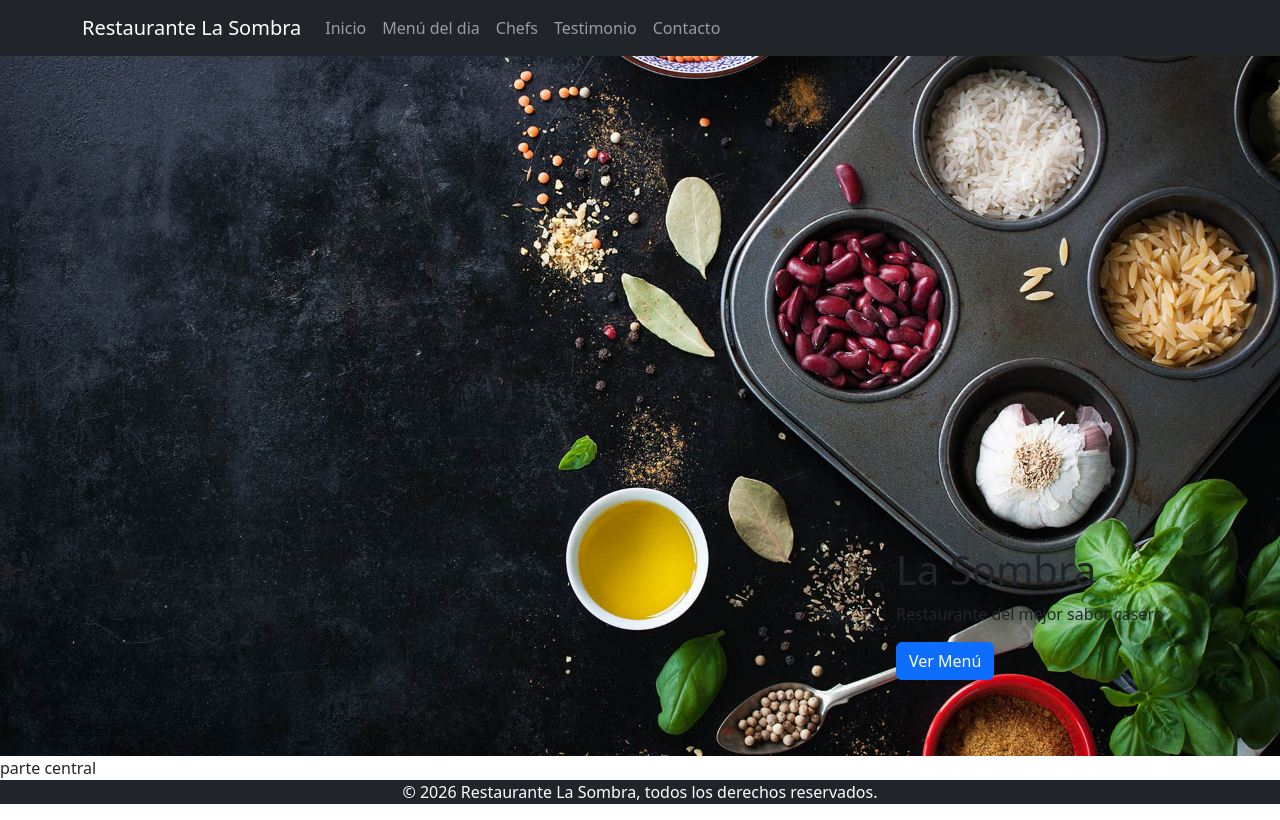
Repository: salextros/Restaurant-Project-PHP-MySQL
Page: http://localhost/
An editor plug-in stored every save of this project. The page is shown before and after the next save, followed by the edit.
The browser window is 1280 px wide. The pictures show the whole page.
The page is run by PHP 8.4 with error messages shown; the project is at /var/www/html/.

Above is the page before, as saved 2026-01-08 12:47:42.

After the next save:
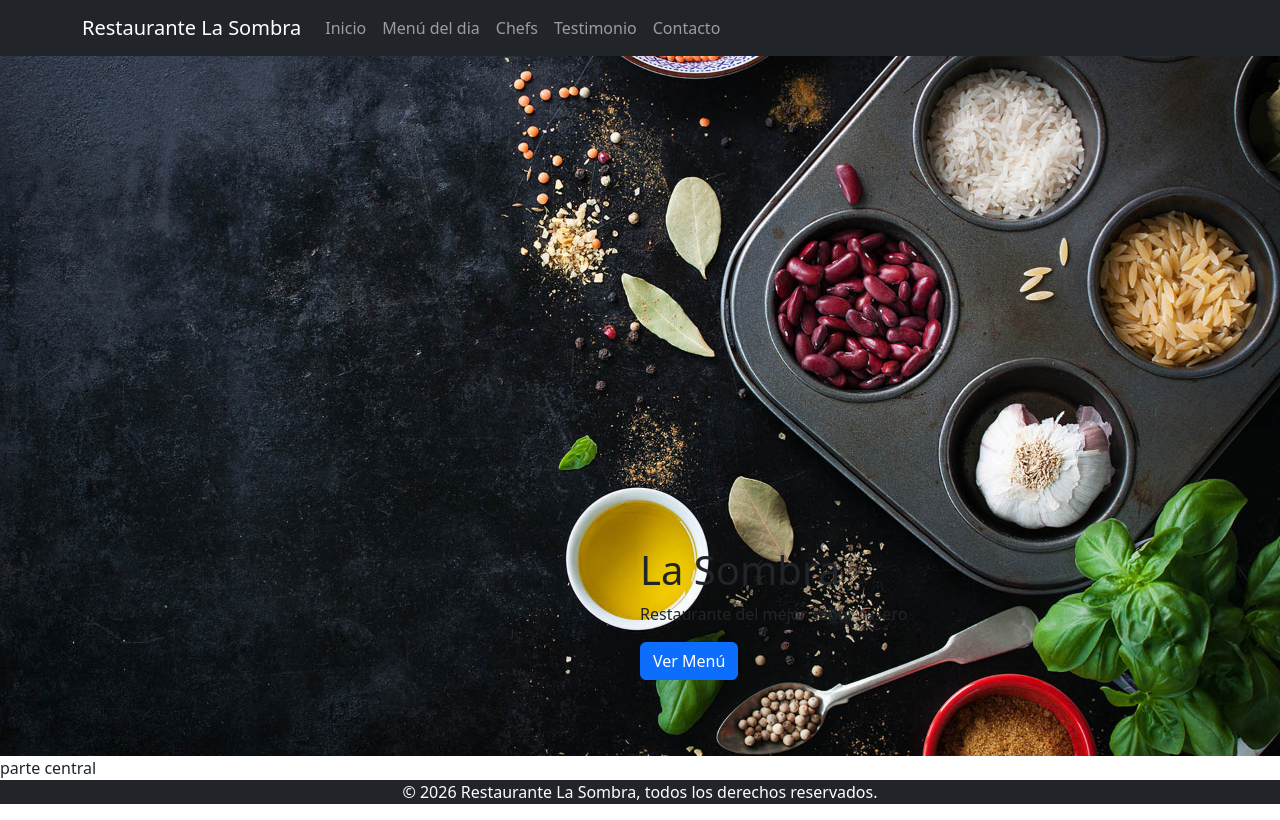
Saved 16 s later.
--- a/restaurant/index.php
+++ b/restaurant/index.php
@@ -67,7 +67,7 @@
     <section id="banner" class="container-fluid p-0">
         <div class="banner-img" style="position:relative; background:url('images/slider-image1.jpg') center/cover no-repeat; height: 700px;">
 
-            <div class="banner-text" style="position: absolute; top:70%; left:70%;">
+            <div class="banner-text" style="position: absolute; top:70%; left:50%;">
                 <h1>La Sombra</h1>
                 <p>Restaurante del mejor sabor casero</p>
                 <a href="#menu" class="btn btn-primary">Ver Menú</a>
